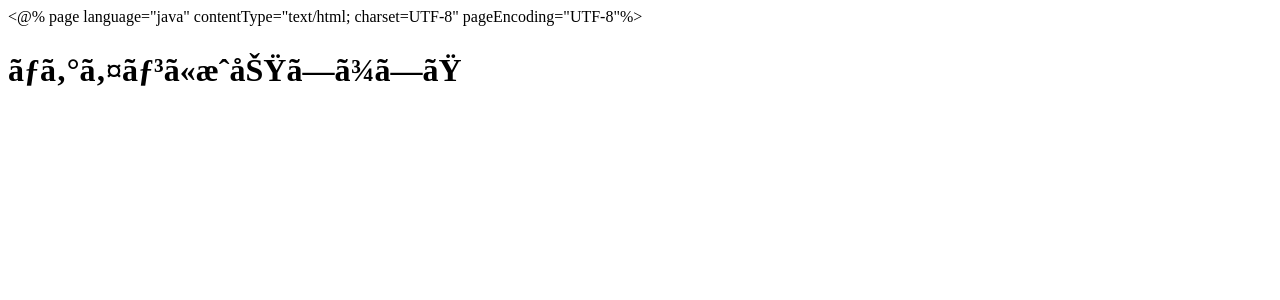
Repository: kf3225/backup
Page: http://localhost/login/loginSuccess.jsp
An editor plug-in stored every save of this project. The page is shown before and after the next save, followed by the edit.
The browser window is 1280 px wide. The pictures show the whole page.
The page is served by Tomcat 9. Nobody is signed in. The application's start-up code is not run.

Above is the page before, as saved 2018-01-12 01:24:31.

After the next save:
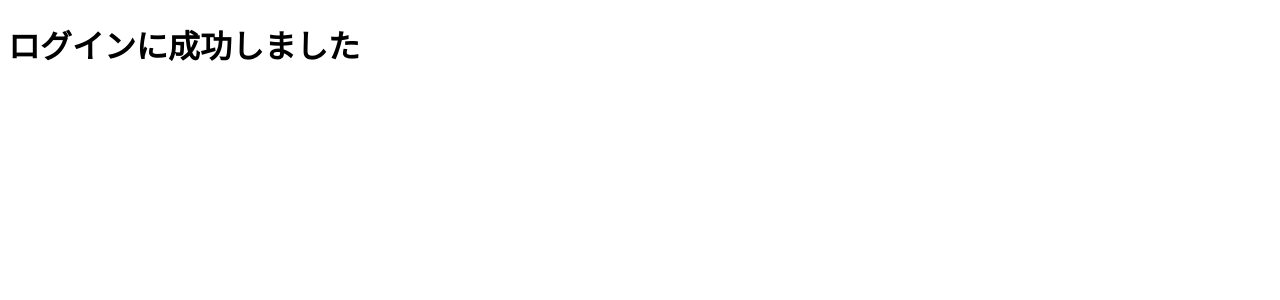
Saved 38 s later.
--- a/login/WebContent/loginSuccess.jsp
+++ b/login/WebContent/loginSuccess.jsp
@@ -1,4 +1,4 @@
-<@% page language="java" contentType="text/html; charset=UTF-8"
+<%@ page language="java" contentType="text/html; charset=UTF-8"
 pageEncoding="UTF-8"%>
 <%@ taglib prefix="s" uri="/struts-tags"%>
 
